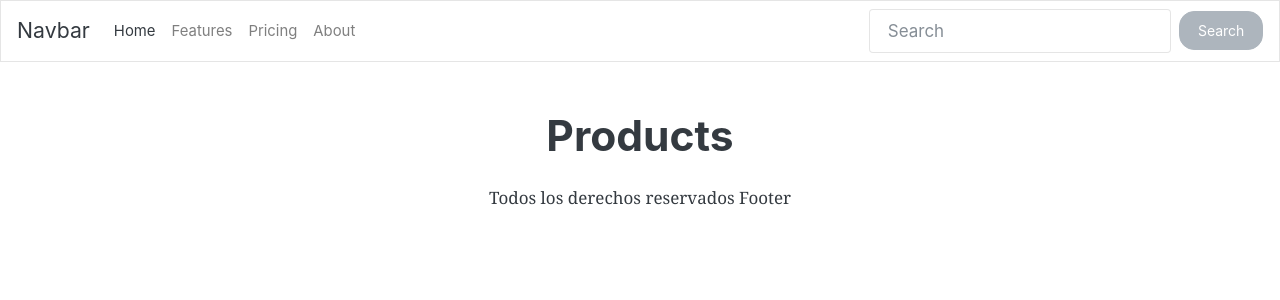
Repository: harrycampaz/router-reactjs
Page: /products
An editor plug-in stored every save of this project. The page is shown before and after the next save, followed by the edit.
The browser window is 1280 px wide. The pictures show the whole page.
The project was rebuilt for these pictures with package versions that can differ from the ones it lists, and the page was loaded fresh each time. Also part of the build but not shown: src/components/Product/AddProduct.js, src/components/Product/EditProduct.js, src/components/Product/Product.js.

Above is the page before, as saved 2020-01-24 21:04:39.

After the next save:
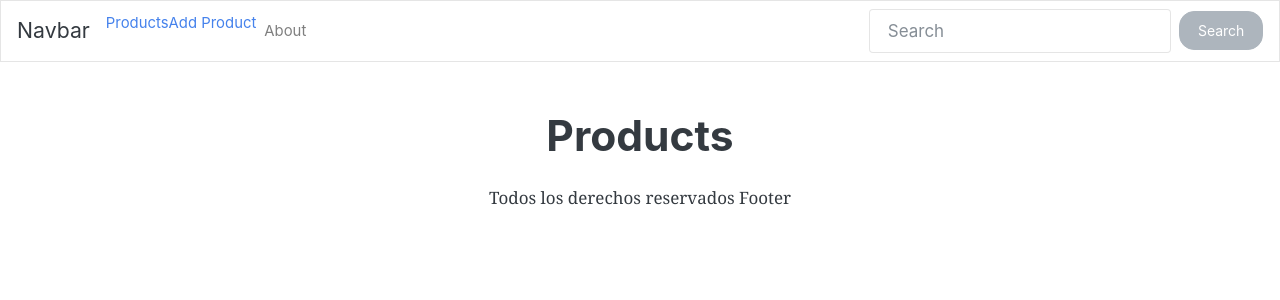
Saved 84 s later.
--- a/src/ui/Header.js
+++ b/src/ui/Header.js
@@ -11,14 +11,14 @@ const Header = (props) => (
     <div className="collapse navbar-collapse" id="navbarColor03">
       <ul className="navbar-nav mr-auto">
         <li className="nav-item active">
-          <a className="nav-link" href="#">Home <span class="sr-only">(current)</span></a>
+          <Link to="/products"> Products
+          </Link>
         </li>
         <li className="nav-item">
-          <a className="nav-link" href="#">Features</a>
+        <Link to="/add-product"> Add Product
+          </Link>
         </li>
-        <li className="nav-item">
-          <a className="nav-link" href="#">Pricing</a>
-        </li>
+
         <li className="nav-item">
           <a className="nav-link" href="#">About</a>
         </li>
